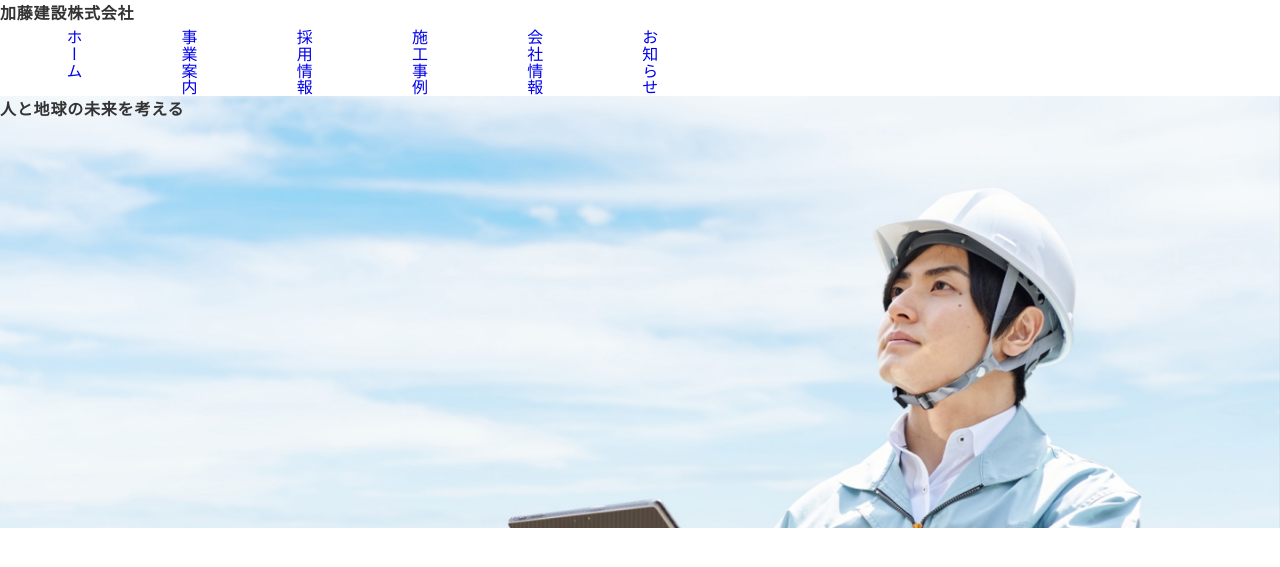
Repository: nozomi-23/hp1_test
Page: index.html
An editor plug-in stored every save of this project. The page is shown before and after the next save, followed by the edit.
The browser window is 1280 px wide. The pictures show the whole page.

Above is the page before, as saved 2022-06-12 09:37:21.

After the next save:
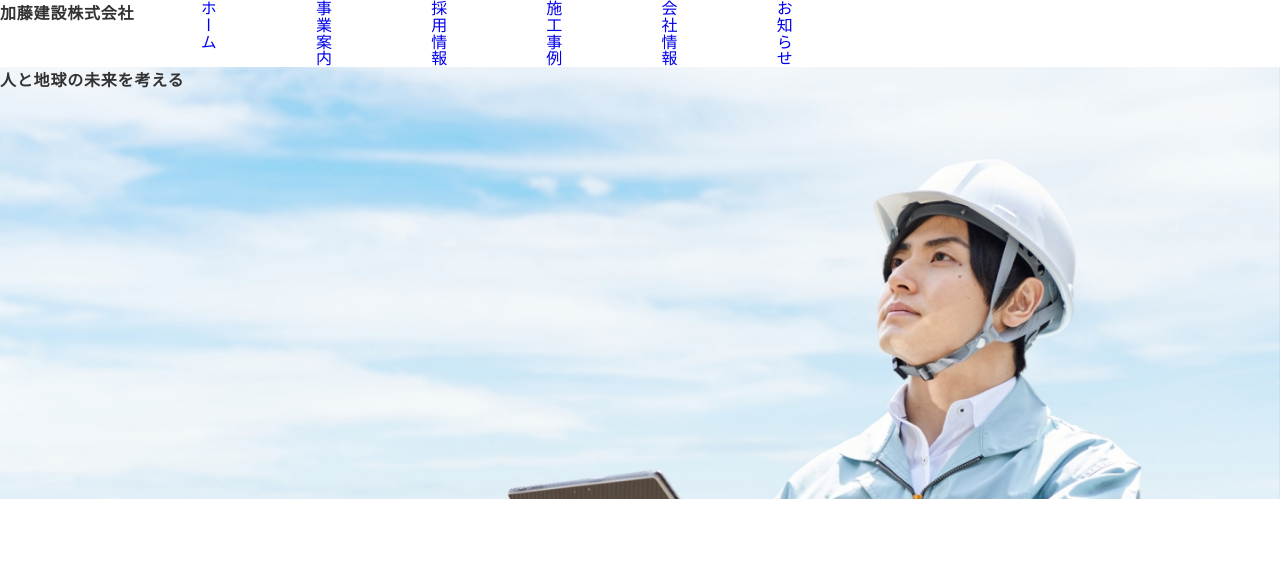
Saved 52 s later.
--- a/css/index.css
+++ b/css/index.css
@@ -3,7 +3,7 @@
 /* =================
 header
 ===================*/
-header_inner {
+.header_inner {
   display: flex;
 
 }
